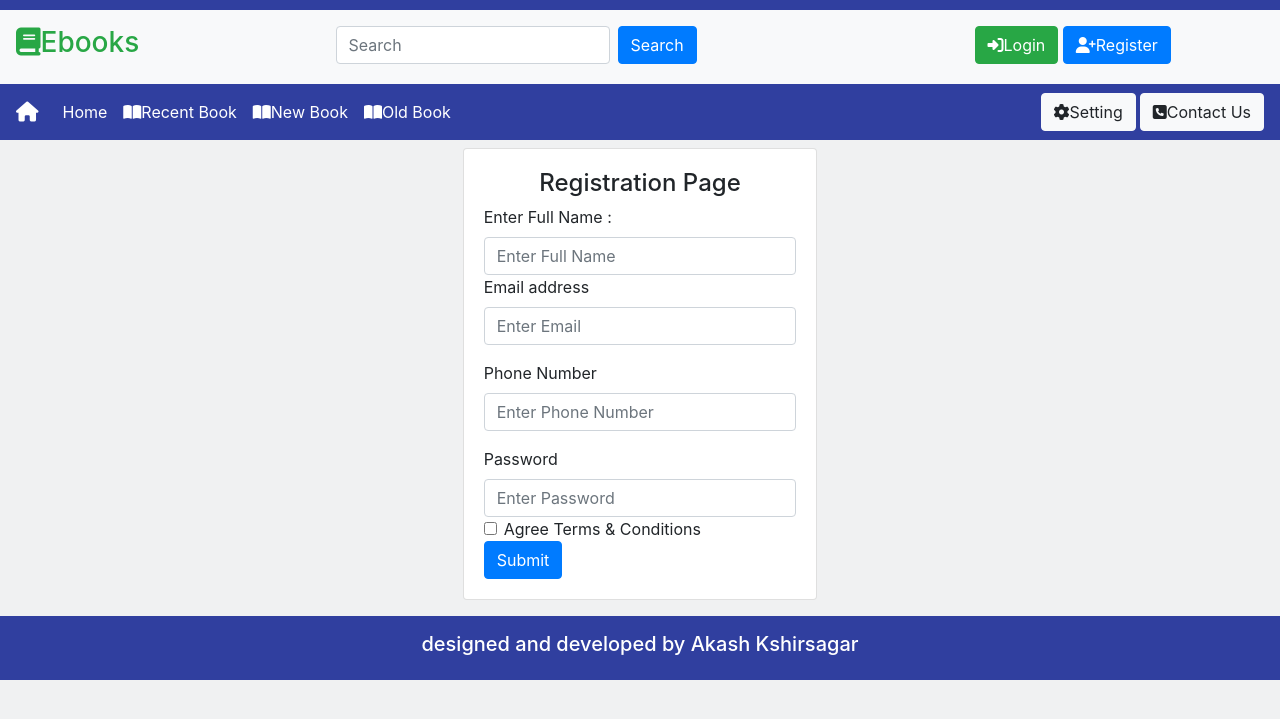
Repository: Akashtk07/Ineuron.ai-Java-Internship-Project-Online-Book-Shop
Page: http://localhost/EbookApp_ineuron_Internship_Project/register.jsp
The author's editor kept a copy of each file at every save. The page is drawn from the files as they stood at one save, then again after the next save.
The browser window is 1280 px wide. The pictures show the whole page.
Some web libraries are served in a nearby version. The page is served by Tomcat 9.

Above is the page before, as saved 2024-03-09 10:03:07.

After the next save:
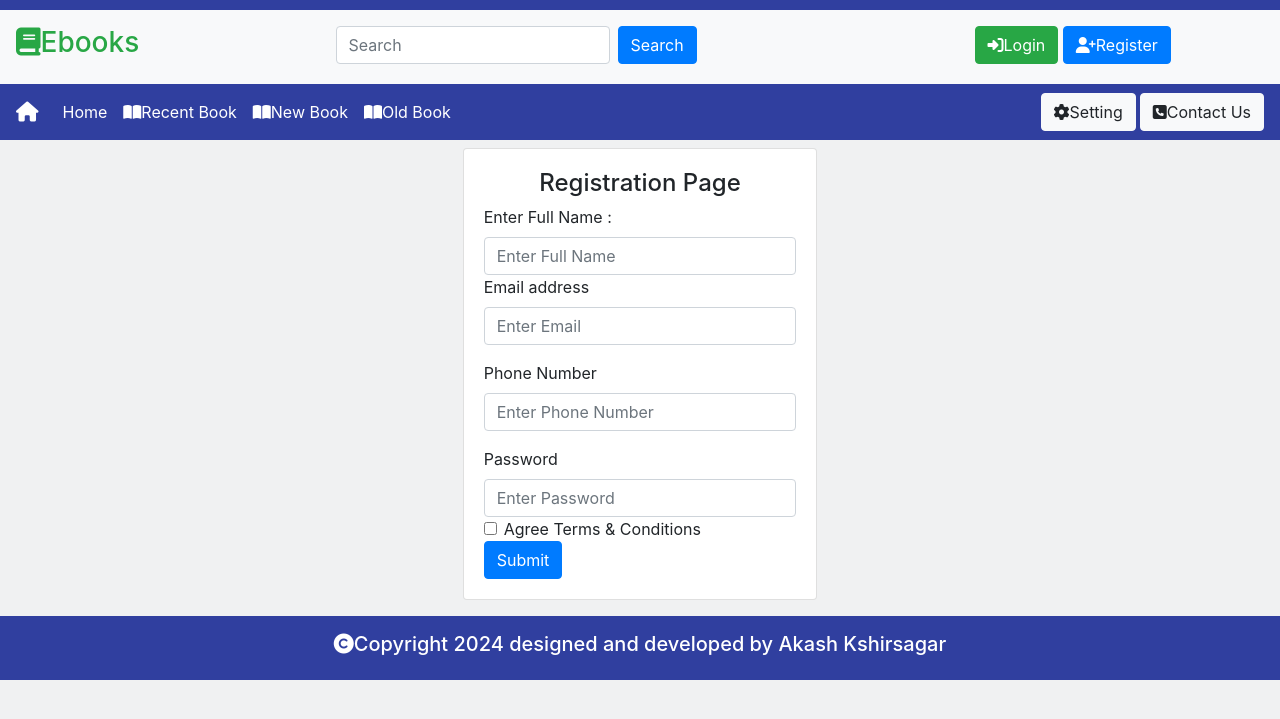
Saved 72 s later.
--- a/EbookApp_ineuron_Internship_Project/src/main/webapp/all_components/footer.jsp
+++ b/EbookApp_ineuron_Internship_Project/src/main/webapp/all_components/footer.jsp
@@ -1,3 +1,3 @@
 <div class="container-fluid text-center text-white p-3 mt-2"style="background-color:#303f9f;">
-<h5>designed and developed by Akash Kshirsagar</h5>
+<h5><i class="fa-solid fa-copyright"></i>Copyright 2024 designed and developed by Akash Kshirsagar</h5>
 </div>
